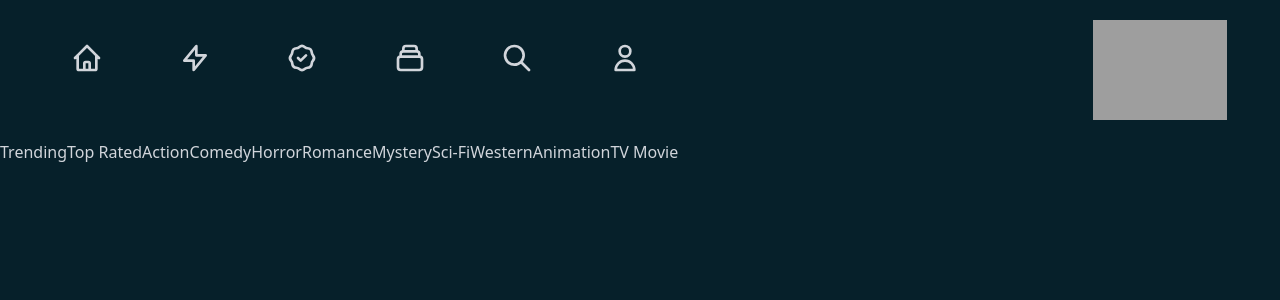
Repository: JuanOnly/hulu-clone
Page: /
These files come from the project's save history. The page is drawn as it stood at one moment and after the next save; the edit follows.
The browser window is 1280 px wide. The pictures show the whole page.
Pictures or frames that could not be fetched are drawn as grey boxes. The project was rebuilt for these pictures with package versions that can differ from the ones it lists, and the page was loaded fresh each time. The framework's server and built-in components were replaced by stand-ins that run in the browser. Also part of the build but not shown: next.config.js.

Above is the page before, as saved 2021-05-01 08:31:08.

### pages/index.js
import Head from 'next/head'
import Header from '../components/Header'
import Nav from '../components/Nav'


export default function Home() {
  return (
    <div>
      <Head>
        <title>Hulu  2.0</title>
        <link rel="icon" href="/favicon.ico" />
      </Head>

        <Header />
        <Nav />

        {/*Results */}
    </div>
  )
}

### components/Header.js
import {
    BadgeCheckIcon,
    CollectionIcon,
    HomeIcon,
    LightningBoltIcon,
    SearchIcon,
    UserIcon,
} from '@heroicons/react/outline';
import Image from "next/image";
import HeaderItem from "./HeaderItem";

function Header() {
    return (
        <header className="flex flex-col sm:flex-row m-5 justify-between
        items-center h-auto">
            <div className="flex flex-grow justify-evenly max-w-2xl">
                <HeaderItem title='HOME' Icon={HomeIcon} />
                <HeaderItem title='TRENDING' Icon={LightningBoltIcon} />
                <HeaderItem title='VERIFIED' Icon={BadgeCheckIcon} />
                <HeaderItem title='COLLECTIONS' Icon={CollectionIcon} />
                <HeaderItem title='SEARCH' Icon={SearchIcon} />
                <HeaderItem title='ACCOUNT' Icon={UserIcon} />

            </div>
            <Image
                className="object-contain"
                src="https://links.papareact.com/ua6"
                width={200}
                height={100}
            />
        </header>
    )
}

export default Header

### components/Nav.js
import requests from "../utils/requests";

function Nav() {
  return (
  <nav>
      <div className="flex">
        {Object.entries(requests).map(([key, { title, url }]) => (
          <h2
          key={key}
          className="cursor-pointer transition duration-100
          hover:scale-125 hover:text-white active:text-red-500"
          >{title}</h2>
        ))}
      </div>
  </nav>
  );
}

export default Nav;

### components/HeaderItem.js
function HeaderItem({Icon, title}) {
    return (
        <div className="flex flex-col items-center cursor-pointer group
        w-12 sm:w-20 hover:text-white">
            <Icon className="h-8 m-1 group-hover:animate-bounce" />
            <p className='opacity-0 group-hover:opacity-100 tracking-widest'>{title}</p>
        </div>
    )
}

export default HeaderItem

### utils/requests.js
const apiKey = process.env.apiKey;

export default {
    fetchTrending: {
        title: "Trending",
        url: `/trending/all/week/?api_key=${apiKey}&language=en-US`,
    },
    fetchTopRated: {
        title: "Top Rated",
        url: `/movie/top_rated?api_key=${apiKey}&language=en-US`,
    },
    fetchActionMovies: {
        title: "Action",
        url: `/discover/movie?api_key=${apiKey}&with_genres=28`,
    },
    fetchComedyMovies: {
        title: "Comedy",
        url: `/discover/movie?api_key=${apiKey}&with_genres=35`,
    },
    fetchHorrorMovies: {
        title: "Horror",
        url: `/discover/movie?api_key=${apiKey}&with_genres=27`,
    },
    fetchRomanceMovies: {
        title: "Romance",
        url: `/discover/movie?api_key=${apiKey}&with_genres=10749`,
    },
    fetchMystery: {
        title: "Mystery",
        url: `/discover/movie?api_key=${apiKey}&with_genres=9648`,
    },
    fetchSciFi: {
        title: "Sci-Fi",
        url: `/discover/movie?api_key=${apiKey}&with_genres=878`,
    },
    fetchWestern: {
        title: "Western",
        url: `/discover/movie?api_key=${apiKey}&with_genres=37`,
    },
    fetchAnimation: {
        title: "Animation",
        url: `/discover/movie?api_key=${apiKey}&with_genres=16`,
    },
    fetchTV: {
        title: "TV Movie",
        url: `/discover/movie?api_key=${apiKey}&with_genres=10770`,
    },



}

### tailwind.config.js
module.exports = {
  mode: "jit",
  purge: ['./pages/**/*.{js,ts,jsx,tsx}', './components/**/*.{js,ts,jsx,tsx}'],
  darkMode: false, // or 'media' or 'class'
  theme: {
    extend: {},
  },
  variants: {
    extend: {},
  },
  plugins: [],
}

Loaded but not shown: pages/_app.js (common file); styles/globals.css (common file)

After the next save:
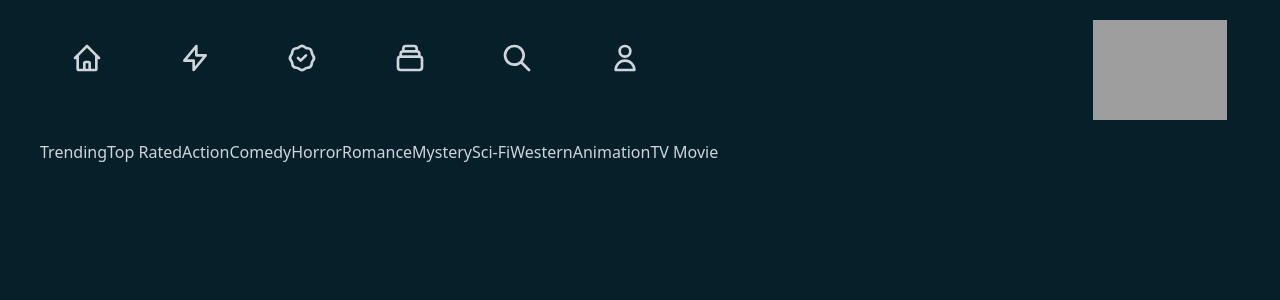
Saved 2 min 3 s later.
--- a/components/Nav.js
+++ b/components/Nav.js
@@ -3,12 +3,12 @@ import requests from "../utils/requests";
 function Nav() {
   return (
   <nav>
-      <div className="flex">
+      <div className="flex px-10">
         {Object.entries(requests).map(([key, { title, url }]) => (
           <h2
           key={key}
           className="cursor-pointer transition duration-100
-          hover:scale-125 hover:text-white active:text-red-500"
+          transform hover:scale-125 hover:text-white active:text-red-500"
           >{title}</h2>
         ))}
       </div>
